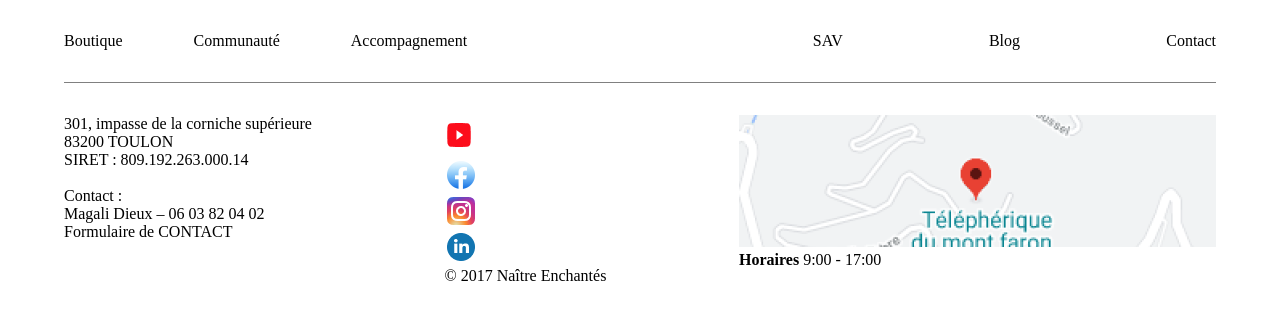
Repository: Khadija-Asa/naitre-enchantes
Page: footer.html
The author's editor kept a copy of each file at every save. The page is drawn from the files as they stood at one save, then again after the next save.
The browser window is 1280 px wide. The pictures show the whole page.

Above is the page before, as saved 2020-11-24 23:12:54.

### footer.html
<!DOCTYPE html>
<html lang="en">
<head>
    <meta charset="UTF-8">
    <meta name="viewport" content="width=device-width, initial-scale=1.0">
    <title>naître enchantés</title>
    <link rel="stylesheet" href="footer.css">
</head>
<body>
    <footer>
        <div class="footer_top">
            <ul class="top_left">
                <li>Boutique</li>
                <li>Communauté</li>
                <li>Accompagnement</li>
            </ul>
            <ul class="top_right">
                <li>SAV</li>
                <li>Blog</li>
                <li>Contact</li>
            </ul>
        </div>
        <div class="footer_bottom">
            <div class="bottom_left">
                <p>301, impasse de la corniche supérieure <br>
                    83200 TOULON <br>
                    SIRET : 809.192.263.000.14 <br><br>

                    Contact : <br>
                    Magali Dieux – 06 03 82 04 02 <br>
                    Formulaire de CONTACT</p>
            </div>
            <div class="bottom_middle">
                <ul>
                    <li><a href=""><img src="img/youtube.png" alt="icon" class="icon_footer"></a></li>
                    <li><a href=""><img src="img/Group 1.png" alt="icon" class="icon_footer"></a></li>
                    <li><a href=""><img src="img/instagram.png" alt="icon" class="icon_footer"></a></li>
                    <li><a href=""><img src="img/linkedin.png" alt="icon" class="icon_footer"></a></li>
                </ul>
                <p> © 2017 Naître Enchantés</p>
            </div>
            <div class="bottom_right">
                <img src="img/Rectangle 38.png" alt="google map">
                <p> <b> Horaires </b> 9:00 - 17:00</p>
            </div>
        </div>
    </footer>
</body>
</html>

### footer.css
* {
    margin: 0;
    padding: 0;
    font-family: ;
}
footer {
    margin: 2em 5% 0;
}
.footer_top {
    display: flex;
    justify-content: space-between;
    flex-wrap: wrap;
    align-items: center;
    margin: 2em auto;
    padding-bottom: 2em;
    border-bottom: solid 1px gray;
}

.top_left,
.top_right {
    display: flex;
    justify-content: space-between;
    flex-wrap: wrap;
    align-items: center;
    list-style: none;
    width: 35%;
}

.footer_bottom {
    display: flex;
    justify-content: space-between;
    flex-wrap: wrap;
}
.footer_bottom ul {
    list-style: none;

}
.footer_bottom li a {
    color: black;
    text-decoration: none;
}

After the next save:
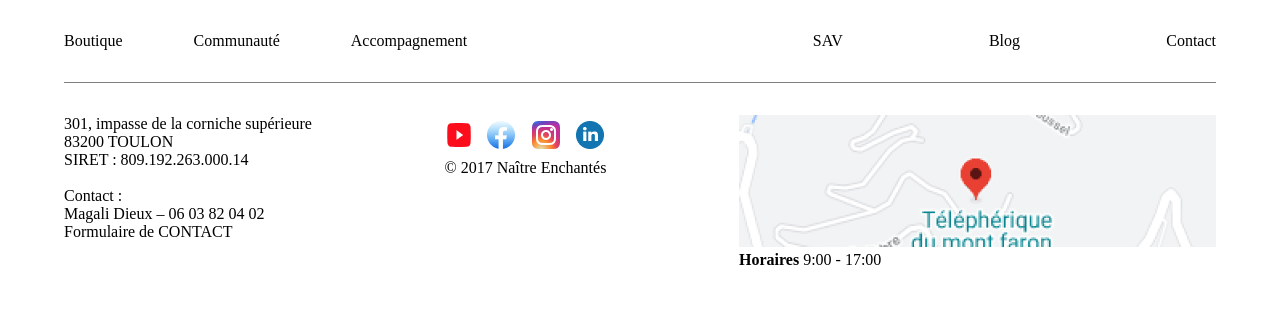
Saved 27 s later.
--- a/footer.css
+++ b/footer.css
@@ -33,7 +33,10 @@
 }
 .footer_bottom ul {
     list-style: none;
-
+    display: flex;
+    justify-content: space-between;
+    flex-wrap: wrap;
+    align-items: center;
 }
 .footer_bottom li a {
     color: black;
